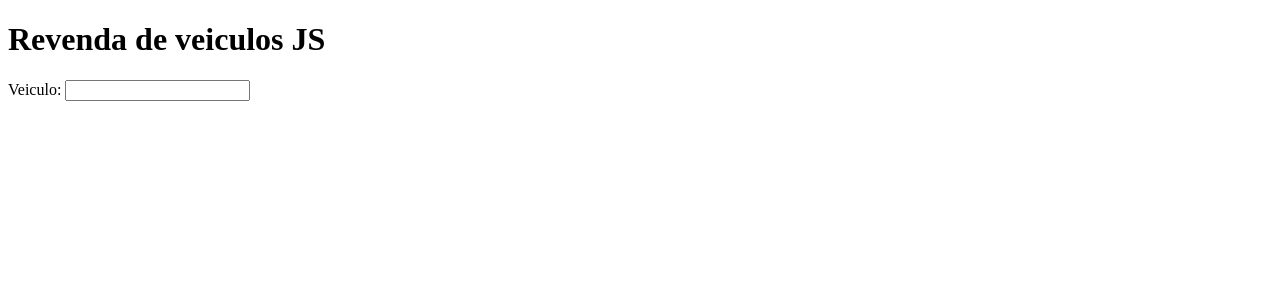
Repository: JhonMercedes/Javascript-book
Page: cap2/ex2_3.html
These files come from the project's save history. The page is drawn as it stood at one moment and after the next save; the edit follows.
The browser window is 1280 px wide. The pictures show the whole page.

Above is the page before, as saved 2021-12-03 21:49:22.

After the next save:
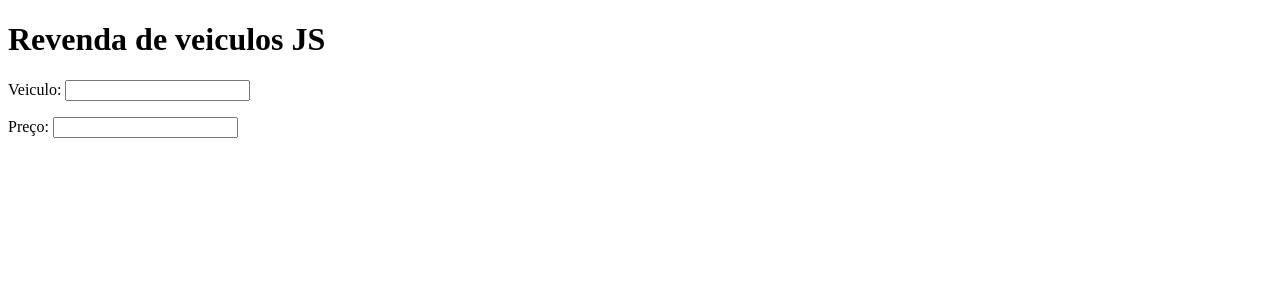
Saved 66 s later.
--- a/cap2/ex2_3.html
+++ b/cap2/ex2_3.html
@@ -11,5 +11,8 @@
     <p>Veiculo:
         <input type="text">
     </p>
+    <p>Preço:
+        <input type="text">
+    </p>
 </body>
 </html>
